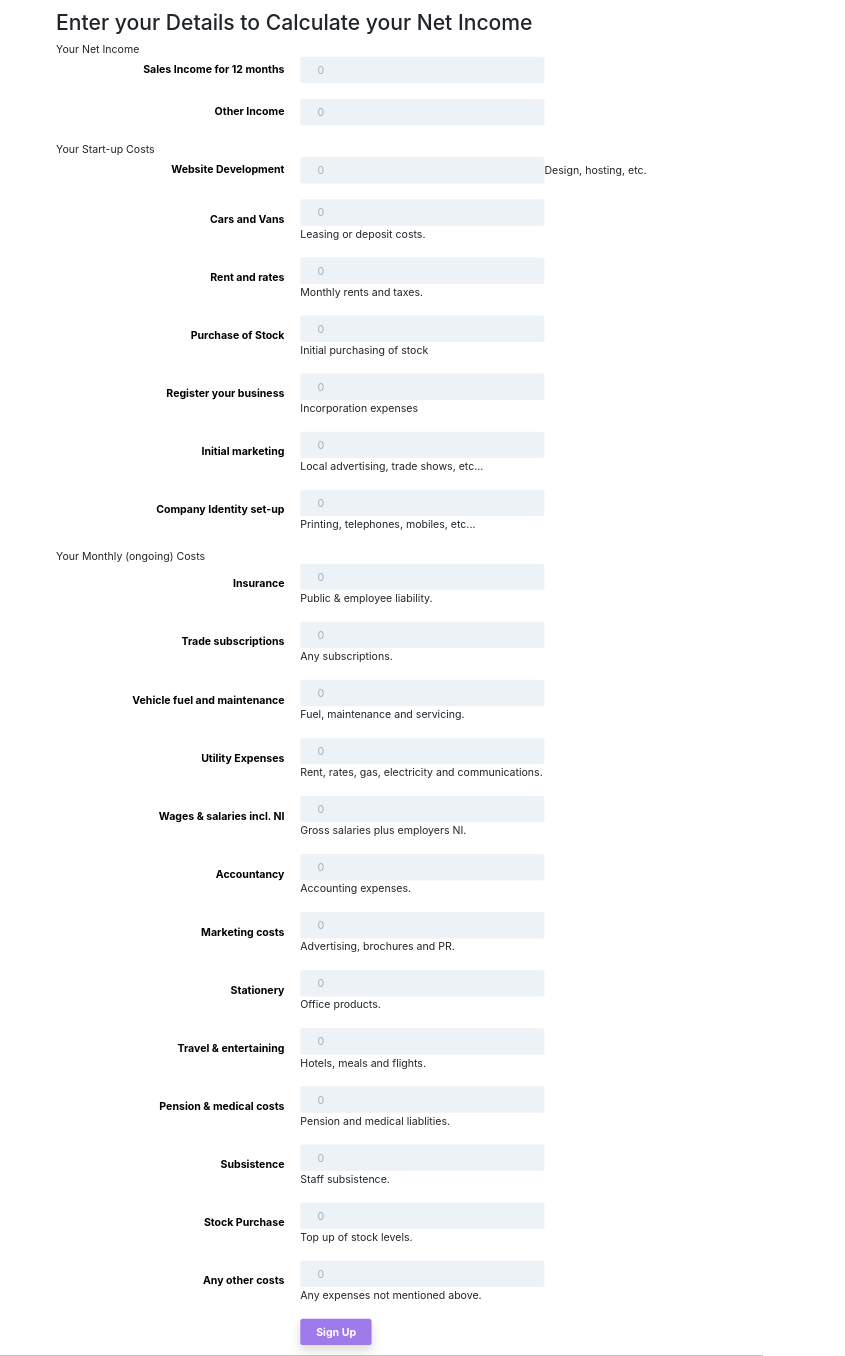
Repository: latenightsnacc/Financial-Forecast
Page: financial-forecast.html
The author's editor kept a copy of each file at every save. The page is drawn from the files as they stood at one save, then again after the next save.
The browser window is 1280 px wide. The pictures show the whole page, at 66% of full size.

Above is the page before, as saved 2020-11-15 13:54:30.

After the next save:
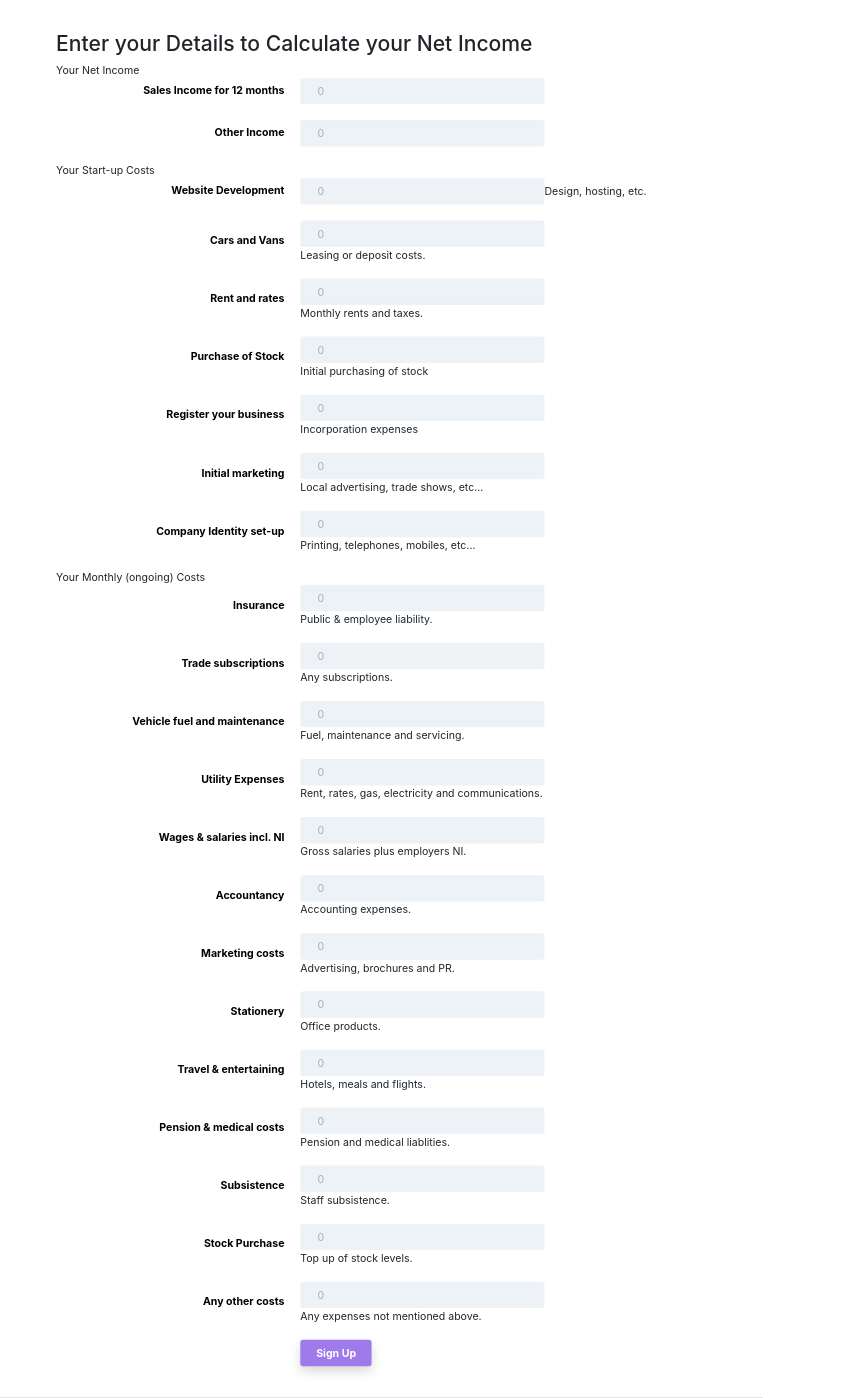
Saved 118 s later.
--- a/financial-forecast.html
+++ b/financial-forecast.html
@@ -16,7 +16,7 @@
     <div class="container">
         <!--Navigation-->
     </div>
-    <div class="wrapper p-3 bg-white">
+    <div class="wrapper py-5 bg-white">
         <div class="container">
             <h2 class="title">Enter your Details to Calculate your Net Income</h2>
         </div>
